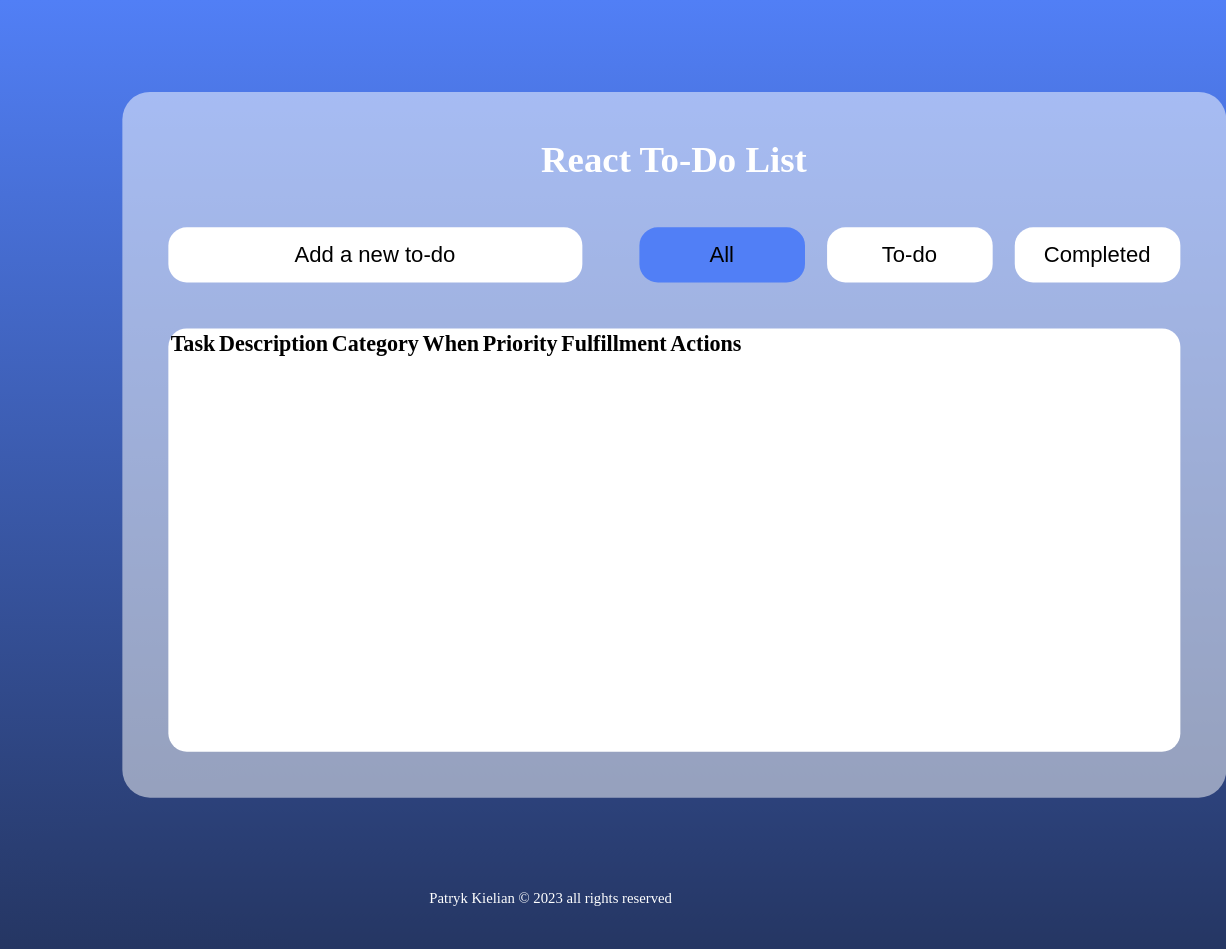
Repository: mirajane2/maquette-todo
Page: index.html
These files come from the project's save history. The page is drawn as it stood at one moment and after the next save; the edit follows.
The browser window is 1280 px wide. The page is 1333 px wide, then 1280 px, then 1333 px, so the pictures cover 1333 px, including what lies to the right of the window. The pictures show the whole page, at 92% of full size.

Above is the page before, as saved 2024-11-13 13:16:06.

### index.html
<!DOCTYPE html>
<html lang="fr">
<head>
    <meta charset="UTF-8">
    <meta name="viewport" content="width=device-width, initial-scale=1.0">
    <link rel="stylesheet" href="index.css">
    <title>Maquette Figma</title>
</head>
<body>
    <div class="container">
        <div class="content">
            <h1 class="titre">React To-Do List</h1>
            <div class="control">
                <button class="taches"> Add a new to-do</button>
                <div class="choix_selection">
                    <button class="show">All</button>
                    <button class="options">To-do</button>
                    <button class="options">Completed</button>
                </div>
            </div>

            <div class="table">
                <table>
                    <thead>
                        <tr>
                            <th>Task</th>
                            <th>Description</th>
                            <th>Category</th>
                            <th>When</th>
                            <th>Priority</th>
                            <th>Fulfillment</th>
                            <th>Actions</th>
                        </tr>
                    </thead>
                    <tbody class="valeur">
                        <script src="script.js"></script>
                    </tbody>
                </table>
            </div>
        </div>
        <footer>
            <p>Patryk Kielian © 2023 all rights reserved</p>
        </footer>
    </div>
</body>
</html>

### index.css
html{
    min-height: 100vh;
    background: linear-gradient(180deg, #517FF6, #253663);
}
body{
    padding: 0;
    margin: 0;
}

.container {
    width: 1197px;
    height: 932px;
}

.content{
    width: 1100px;
    min-height: 500px;
    background-color: #FFFFFF80;
    border-radius: 30px;
    margin: 100px 132.500px;
    padding: 50px;
}

.titre{
    color: #FFFFFF;
    text-align: center;
    font-weight: 700px;
    font-size: 40px;
    margin: 0 auto;
}

.control{
    flex-direction: row;
    display: flex;
    justify-content: space-between;
    margin: 50px 0;
}

.taches{
    font-size: 24px;
    font-weight: 400px;
    height: 60px;
    width: 450px;
    border-radius: 20px;
    border: none;
    background-color: #FFFFFF;

}

.show{
    background-color: #517FF6;
    border-radius: 20px;
    width: 180px;
    height: 60px;
    font-size: 24px;
    margin-left: 20px;
    padding: 0;
    border: none;
}

.options{
    background-color: #FFFFFF;
    width: 180px;
    height: 60px;
    border-radius: 20px;
    font-size: 24px;
    border: none;
    margin-left: 20px;
}

.table{
    background-color: #FFFFFF;
    width: 1100px;
    height: 460px;
    border-radius: 20px;
    border: none;
    font-size: 24px;
}

footer{
    font-size: 16px;
    text-align: center;
    font-weight: 400px;
    width: 275px;
    height: 23px;
    color: #FFFFFF;
    margin: 50px auto;
}

thead{

    display: table-header-group;


}

Loaded but not shown: script.js (no stored copy; drawn as an empty file)

After the next save:
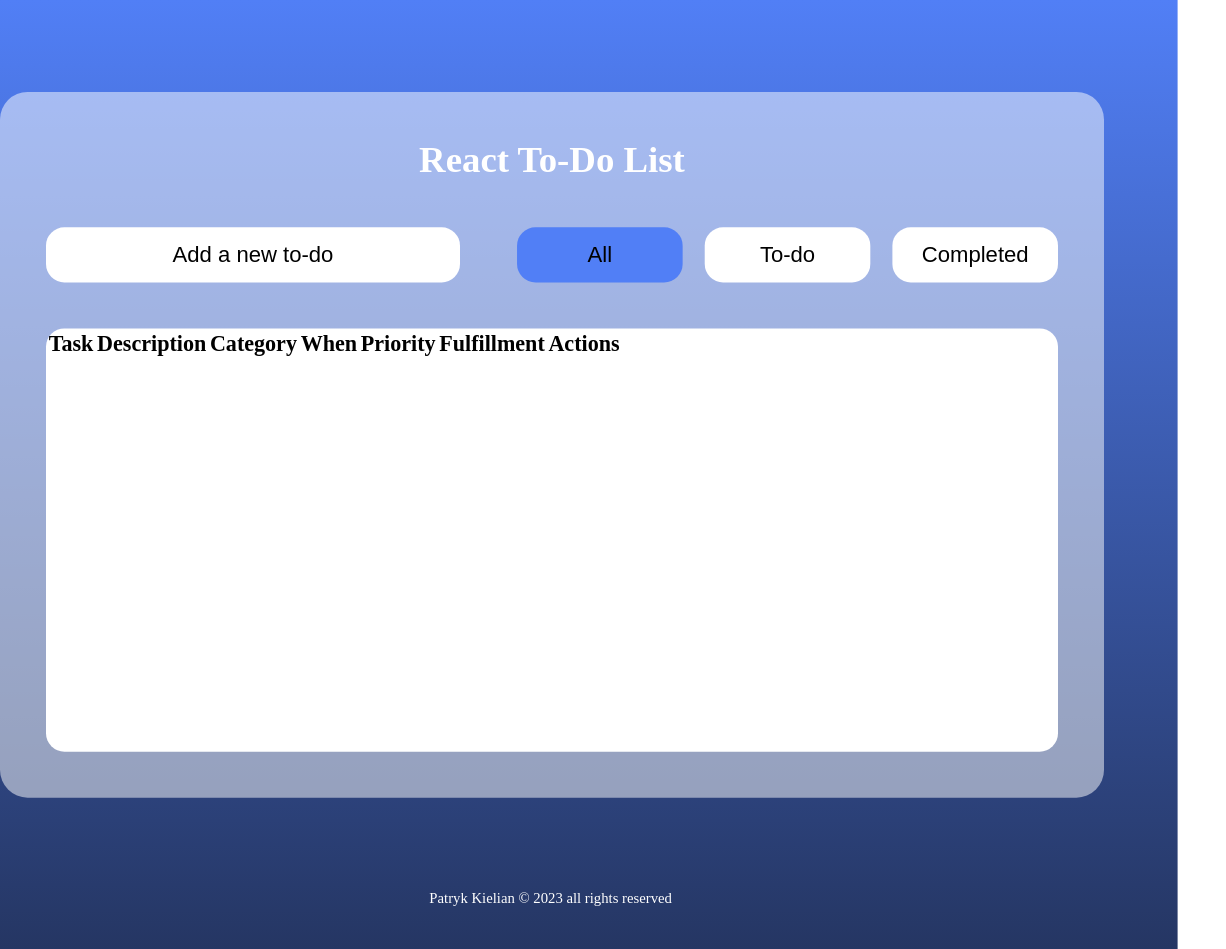
Saved 4 min 49 s later.
--- a/index.css
+++ b/index.css
@@ -17,7 +17,7 @@
     min-height: 500px;
     background-color: #FFFFFF80;
     border-radius: 30px;
-    margin: 100px 132.500px;
+    margin: 100px auto;
     padding: 50px;
 }
 
@@ -88,8 +88,6 @@
 }
 
 thead{
-
-    display: table-header-group;
-
+    text-align: center;
 
 }

After the save that followed:
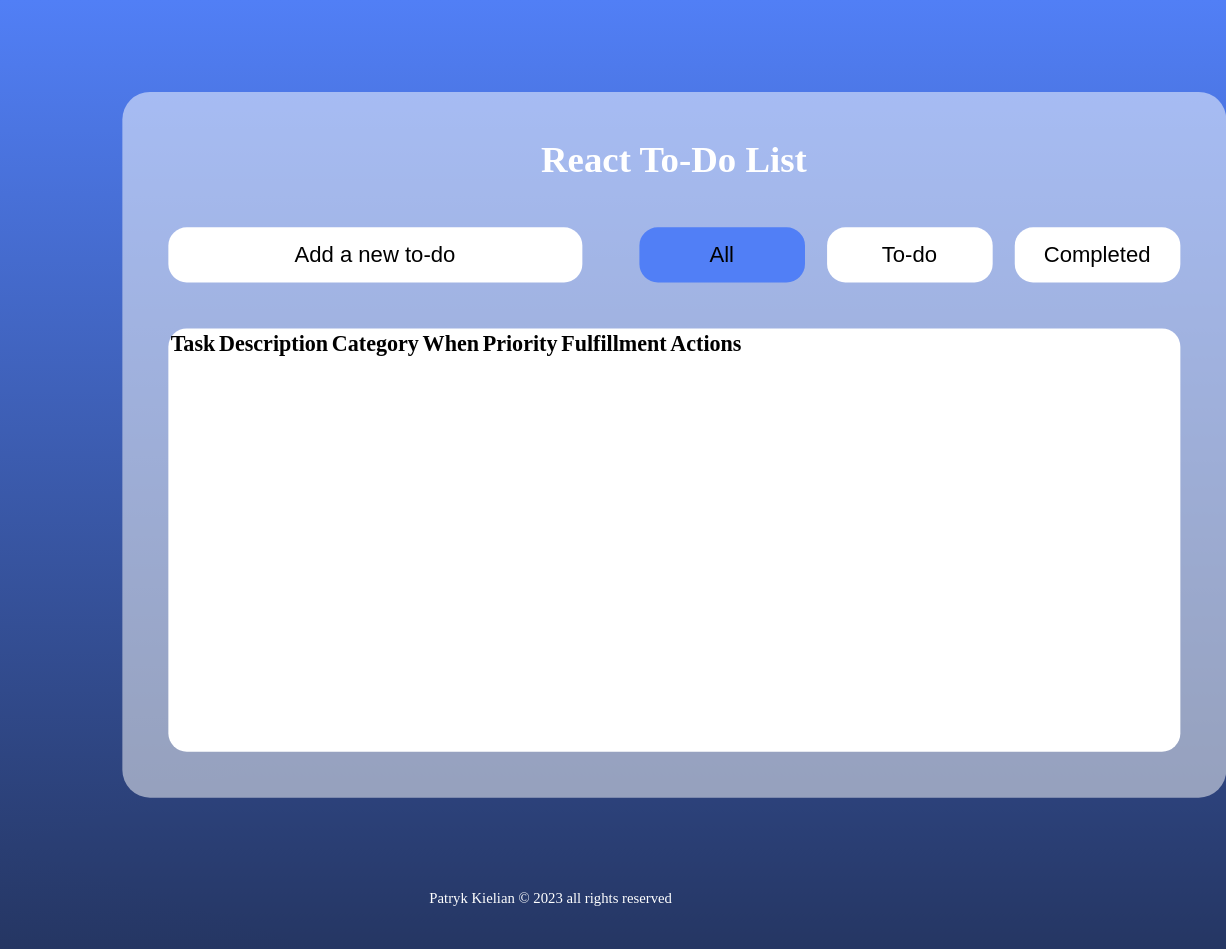
Saved 28 s later.
--- a/index.css
+++ b/index.css
@@ -17,7 +17,7 @@
     min-height: 500px;
     background-color: #FFFFFF80;
     border-radius: 30px;
-    margin: 100px auto;
+    margin: 100px 132.500px;
     padding: 50px;
 }
 
